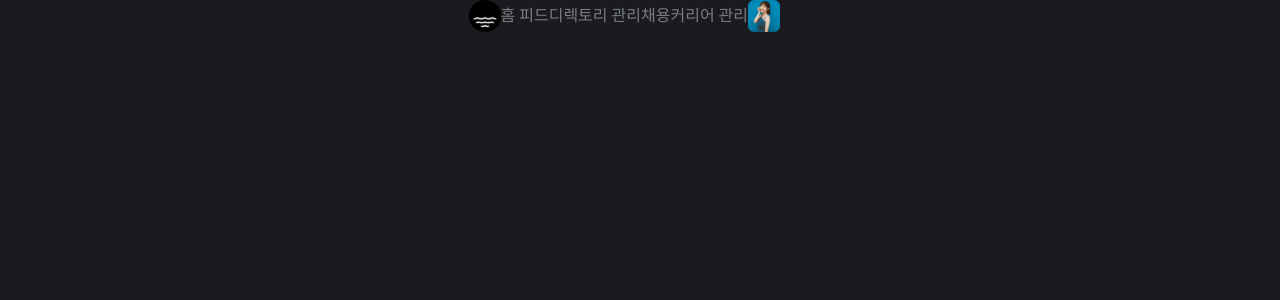
Repository: CDS-seminar-6/frontend
Page: /profile
The author's editor kept a copy of each file at every save. The page is drawn from the files as they stood at one save, then again after the next save.
The browser window is 1280 px wide. The pictures show the whole page.
The project was rebuilt for these pictures with package versions that can differ from the ones it lists, and the page was loaded fresh each time. Also part of the build but not shown: src/components/common/MenuList.jsx, src/pages/Profile.jsx.

Above is the page before, as saved 2022-05-25 15:19:18.

After the next save:
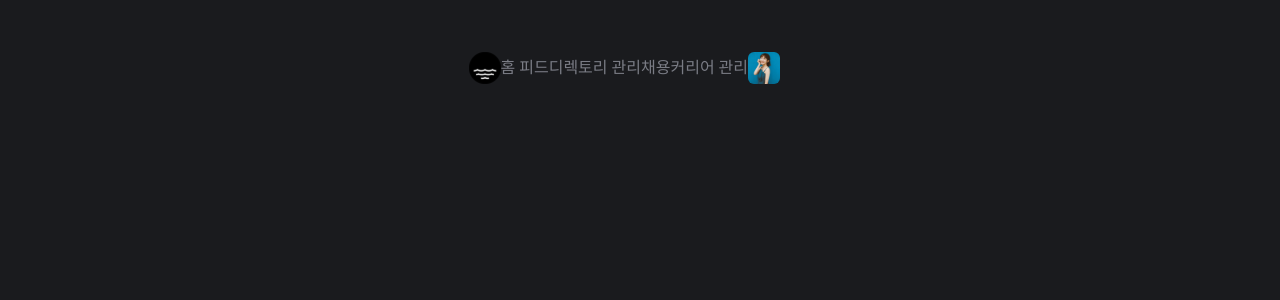
Saved 35 s later.
--- a/src/components/surfitProfile/Navbar.jsx
+++ b/src/components/surfitProfile/Navbar.jsx
@@ -12,7 +12,7 @@
   height: 3.2rem;
   font-size: 1.6rem;
   color: ${theme.colors.surfit_grey_3};
-  margin: 0 0 auto;
+  margin: 5.2rem 0 auto;
 `;
 
 const LogoAndProfile = styled.img`
